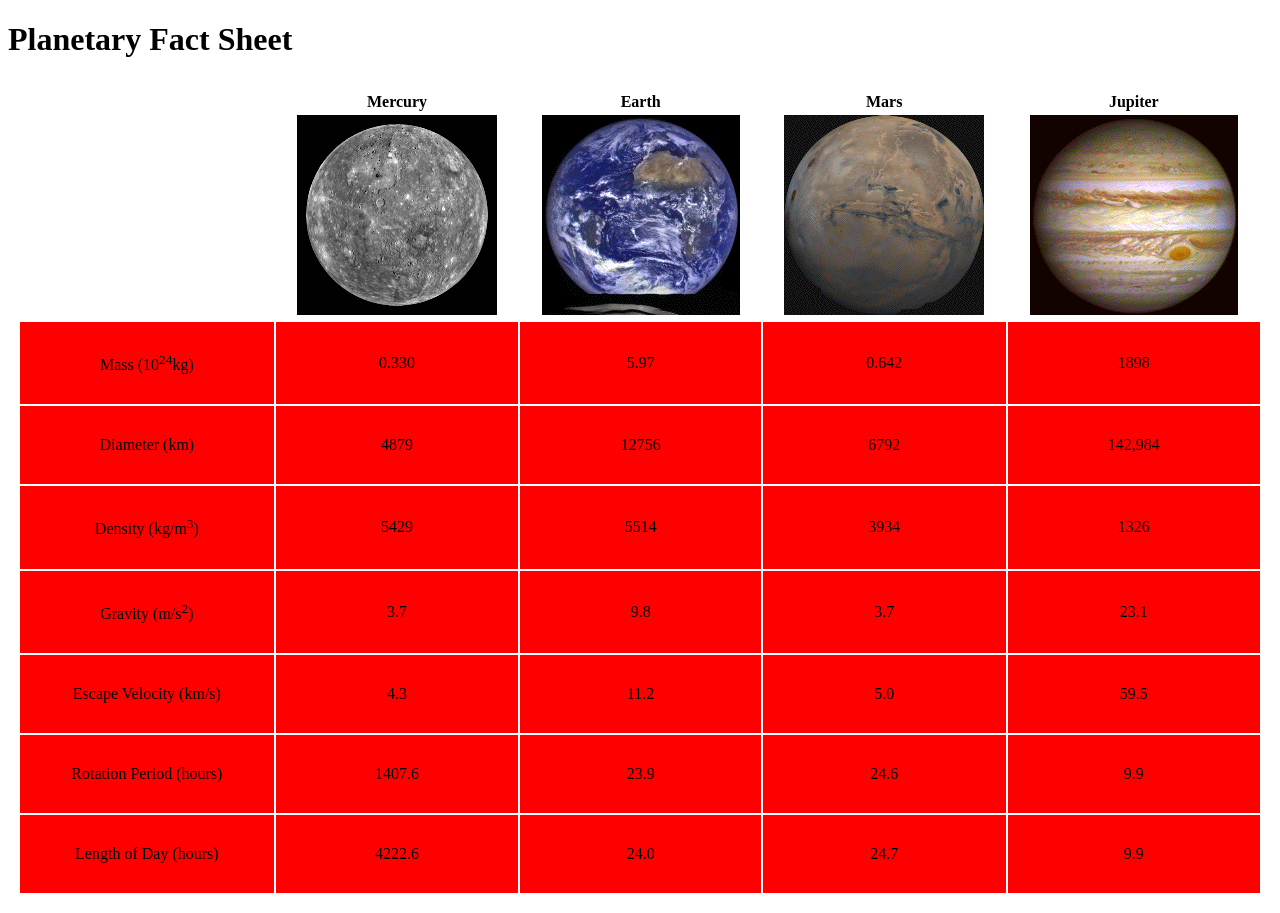
Repository: rishondass/ITMD361-Lab5
Page: index.html
An editor plug-in stored every save of this project. The page is shown before and after the next save, followed by the edit.
The browser window is 1280 px wide. The pictures show the whole page.

Above is the page before, as saved 2023-02-22 19:06:21.

After the next save:
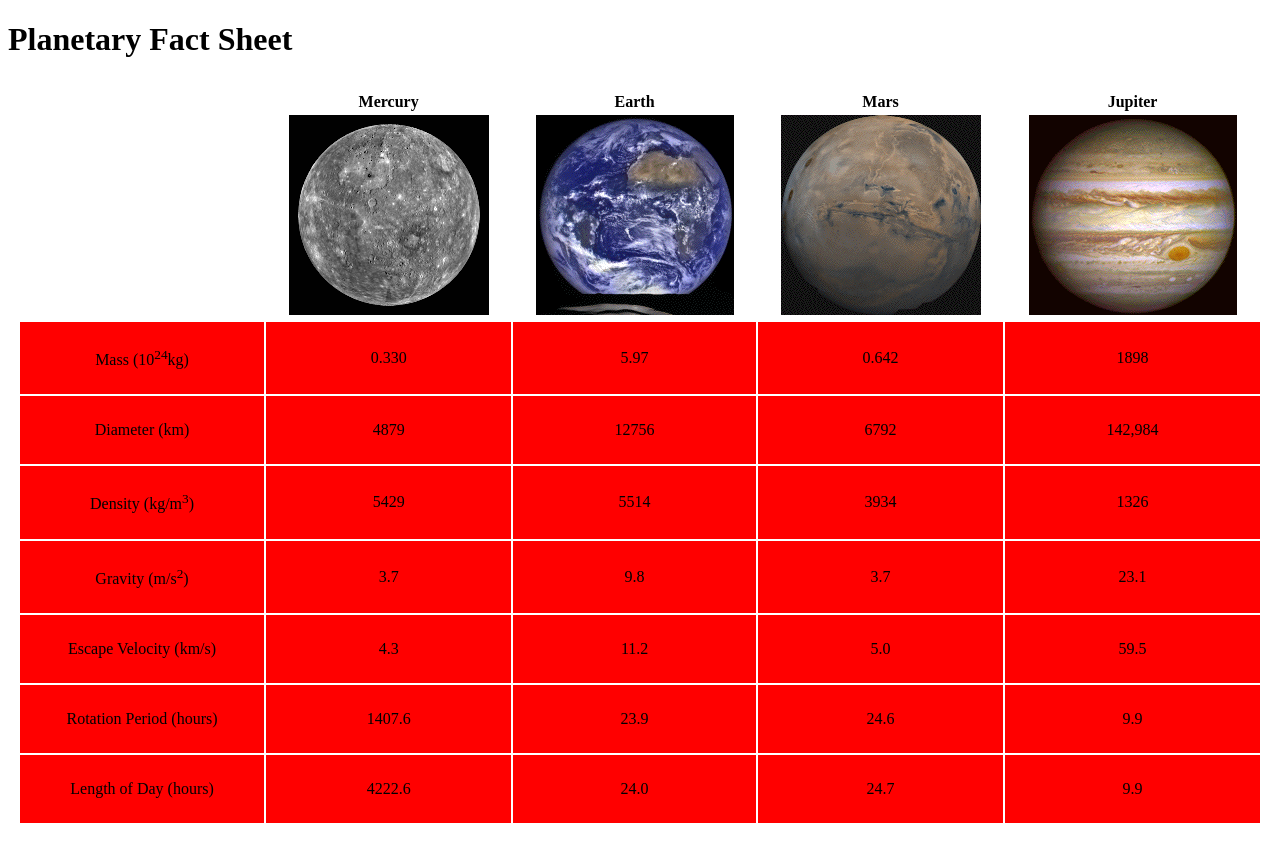
Saved 14 s later.
--- a/css/style.css
+++ b/css/style.css
@@ -9,5 +9,5 @@
 
 .data td{
   background-color: red;
-  padding: 30px;
+  padding: 25px;
 }
